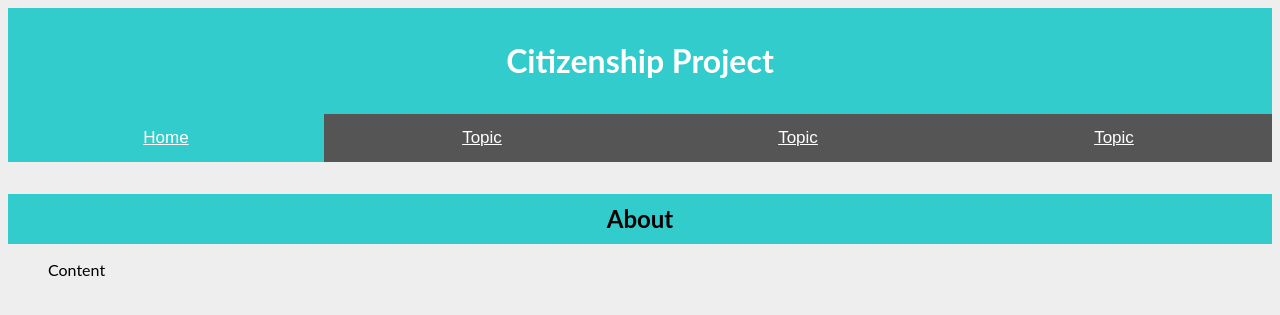
Repository: celrod1/ITIS2211
Page: Index.html
The author's editor kept a record of every edit. The page is drawn from the files as they stood at one moment, then again after the next edit.
The browser window is 1280 px wide. The pictures show the whole page.

Above is the page before.

After the next edit:
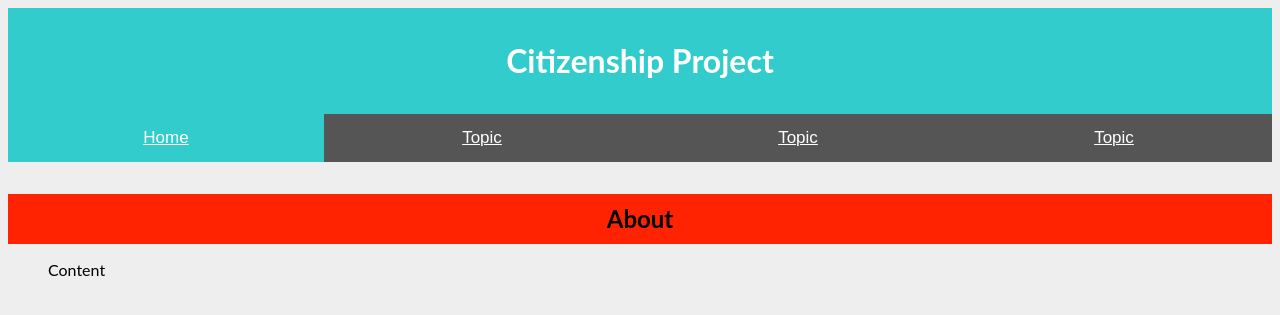
The edit:
--- a/Index.html
+++ b/Index.html
@@ -91,7 +91,7 @@
   	<body bgcolor = "#EFEEEE";>
 		<div style = "Background-color: #EFEEEE; height: 60px; scroll-direction: horizontal;">
 		</div>
-		<div style = "Background-color: #33cccc; height: 50px; scroll-direction: horizontal;">
+		<div style = "Background-color: #FF2301; height: 50px; scroll-direction: horizontal;">
 		<h2 style = "text-align:center; padding: 10px">About</h2></div>
 		<p style = "padding-left: 40px; padding-right: 40px">
 			Content
